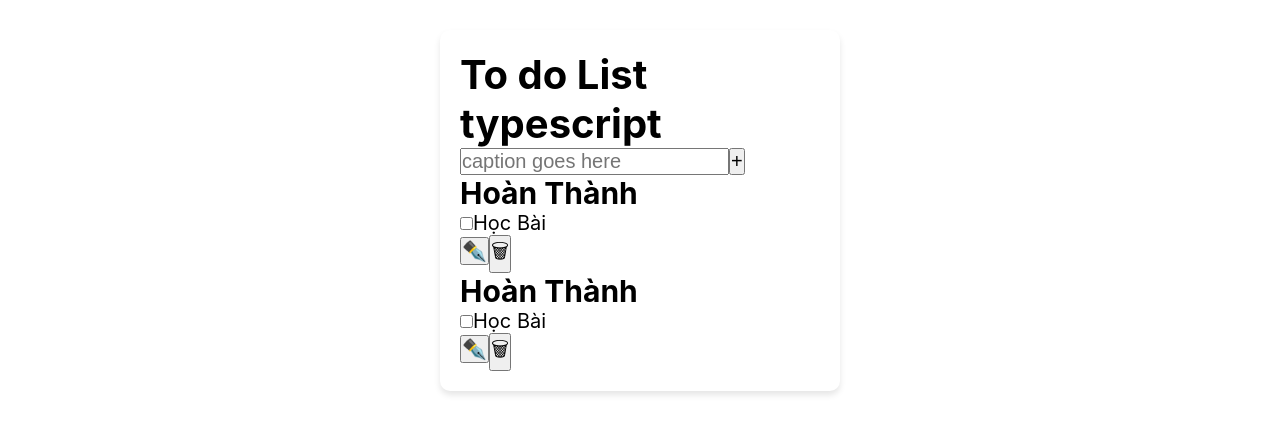
Repository: hungdomanh95/focus
Page: /
These files come from the project's save history. The page is drawn as it stood at one moment and after the next save; the edit follows.
The browser window is 1280 px wide. The pictures show the whole page.
The project was rebuilt for these pictures with package versions that can differ from the ones it lists, and the page was loaded fresh each time. Also part of the build but not shown: src/components/TaskInput/taskInput.module.scss, src/components/TaskList/taskList.module.scss.

Above is the page before, as saved 2023-04-06 23:28:26.

After the next save:
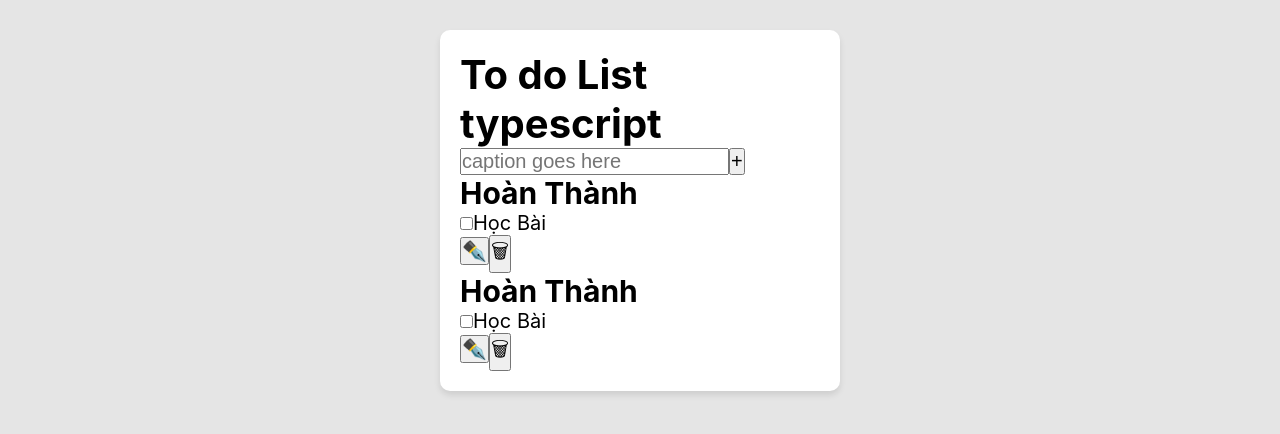
Saved 24 s later.
--- a/src/index.css
+++ b/src/index.css
@@ -15,6 +15,7 @@ body {
     sans-serif;
   -webkit-font-smoothing: antialiased;
   -moz-osx-font-smoothing: grayscale;
+  background-color: #e5e5e5;
 }
 input, button{
   font-size: var(--font-size);
